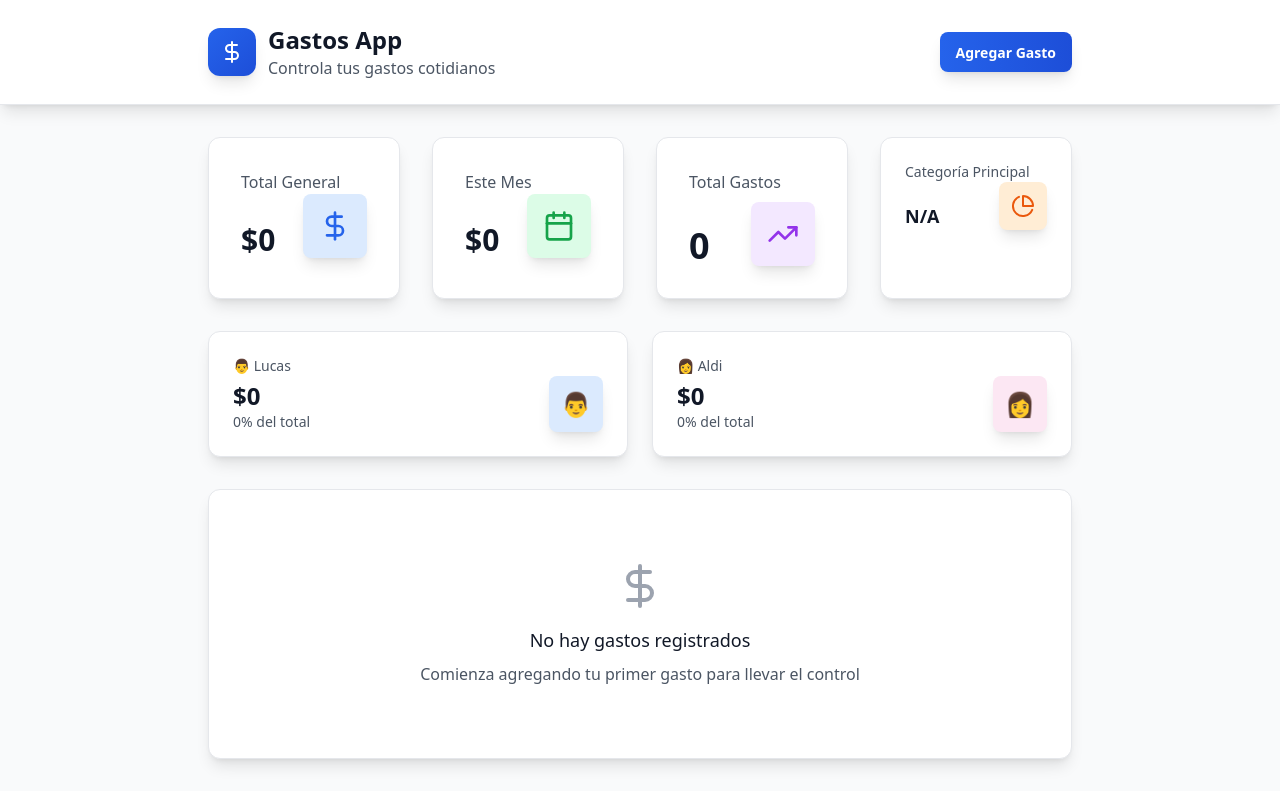
Repository: lucastenaglia/Gastosapp
Page: /
These files come from the project's save history. The page is drawn as it stood at one moment and after the next save; the edit follows.
The browser window is 1280 px wide. The pictures show the whole page.
The page's requests for data from a server got no answer. The project was rebuilt for these pictures with package versions that can differ from the ones it lists, and the page was loaded fresh each time. No one was signed in, and anything a server would have sent is missing. Also part of the build but not shown: vite.config.js, src/components/ExpenseForm.jsx.

Above is the page before, as saved 2025-08-03 21:44:13.

### index.html
<!DOCTYPE html>
<html lang="es">
  <head>
    <meta charset="UTF-8" />
    <link rel="icon" type="image/svg+xml" href="data:[embedded picture, 125 characters]" />
    <meta name="viewport" content="width=device-width, initial-scale=1.0" />
    <title>Gastos App - Control de Gastos Cotidianos</title>
  </head>
  <body>
    <div id="root"></div>
    <script type="module" src="/src/main.jsx"></script>
  </body>
</html>

### src/App.jsx
import { useState, useEffect } from 'react'
import Header from './components/Header'
import ExpenseForm from './components/ExpenseForm'
import ExpenseList from './components/ExpenseList'
import ExpenseSummary from './components/ExpenseSummary'
import { getExpenses, addExpense, updateExpense, deleteExpense } from './services/expenseService'

function App() {
  const [expenses, setExpenses] = useState([])
  const [isFormOpen, setIsFormOpen] = useState(false)
  const [loading, setLoading] = useState(true)
  const [error, setError] = useState(null)

  // Cargar gastos al iniciar la aplicación
  useEffect(() => {
    loadExpenses()
  }, [])

  // Cerrar modal con Escape
  useEffect(() => {
    const handleEscape = (e) => {
      if (e.key === 'Escape' && isFormOpen) {
        setIsFormOpen(false)
      }
    }

    document.addEventListener('keydown', handleEscape)
    return () => document.removeEventListener('keydown', handleEscape)
  }, [isFormOpen])

  const loadExpenses = async () => {
    try {
      setLoading(true)
      const data = await getExpenses()
      setExpenses(data)
      setError(null)
    } catch (err) {
      setError('Error al cargar los gastos')
      console.error(err)
    } finally {
      setLoading(false)
    }
  }

  const handleAddExpense = async (expense) => {
    try {
      const newExpense = await addExpense(expense)
      setExpenses([newExpense, ...expenses])
      setIsFormOpen(false)
    } catch (err) {
      setError('Error al agregar el gasto')
      console.error(err)
    }
  }

  const handleDeleteExpense = async (id) => {
    try {
      await deleteExpense(id)
      setExpenses(expenses.filter(expense => expense.id !== id))
    } catch (err) {
      setError('Error al eliminar el gasto')
      console.error(err)
    }
  }

  const handleEditExpense = async (id, updatedExpense) => {
    try {
      const updated = await updateExpense(id, updatedExpense)
      setExpenses(expenses.map(expense =>
        expense.id === id ? updated : expense
      ))
    } catch (err) {
      setError('Error al actualizar el gasto')
      console.error(err)
    }
  }

  return (
    <div className="min-h-screen bg-gray-50">
      <Header onAddExpense={() => setIsFormOpen(true)} />

      <main className="container mx-auto px-4 py-8 max-w-4xl">
        {error && (
          <div className="bg-red-100 border border-red-400 text-red-700 px-4 py-3 rounded mb-6">
            {error}
          </div>
        )}

        <ExpenseSummary expenses={expenses} />

        <div className="mt-8">
          <ExpenseList
            expenses={expenses}
            onDelete={handleDeleteExpense}
            onEdit={handleEditExpense}
            loading={loading}
          />
        </div>
      </main>

      {/* Modal Overlay */}
      {isFormOpen && (
        <div
          className="fixed inset-0 bg-black bg-opacity-50 flex items-center justify-center z-50 p-4 animate-in fade-in duration-200"
          onClick={() => setIsFormOpen(false)}
        >
          <div
            className="bg-white rounded-xl shadow-2xl max-w-md w-full mx-4 max-h-[90vh] overflow-y-auto animate-in zoom-in-95 duration-200"
            onClick={(e) => e.stopPropagation()}
          >
            <ExpenseForm
              onSubmit={handleAddExpense}
              onCancel={() => setIsFormOpen(false)}
            />
          </div>
        </div>
      )}
    </div>
  )
}

export default App

### src/index.css
@tailwind base;
@tailwind components;
@tailwind utilities;

@layer base {
  body {
    @apply bg-gray-50 text-gray-900;
  }
}

@layer components {
                .btn-primary {
                @apply bg-primary-600 hover:bg-primary-700 text-white font-medium py-2 px-4 rounded-lg transition-all duration-300 shadow-md hover:shadow-lg hover:-translate-y-0.5 transform;
              }

              .btn-secondary {
                @apply bg-gray-200 hover:bg-gray-300 text-gray-800 font-medium py-2 px-4 rounded-lg transition-all duration-300 shadow-md hover:shadow-lg hover:-translate-y-0.5 transform;
              }

                .input-field {
                @apply w-full px-3 py-2 border border-gray-300 rounded-lg focus:outline-none focus:ring-2 focus:ring-primary-500 focus:border-transparent shadow-sm focus:shadow-md transition-all duration-300;
              }

                            .card {
                @apply bg-white rounded-xl shadow-lg border border-gray-200 p-6 transform transition-all duration-300 hover:shadow-2xl hover:-translate-y-1;
              }

              .modal-enter {
                @apply opacity-0 scale-95;
              }

              .modal-enter-active {
                @apply opacity-100 scale-100 transition-all duration-200 ease-out;
              }

              .modal-exit {
                @apply opacity-100 scale-100;
              }

              .modal-exit-active {
                @apply opacity-0 scale-95 transition-all duration-200 ease-in;
              }
}

### src/components/Header.jsx
import { Plus, DollarSign } from 'lucide-react'

const Header = ({ onAddExpense }) => {
  return (
    <header className="bg-white shadow-lg border-b border-gray-200">
      <div className="container mx-auto px-4 py-6 max-w-4xl">
        <div className="flex items-center justify-between">
          <div className="flex items-center space-x-3">
            <div className="bg-gradient-to-br from-primary-600 to-primary-700 p-3 rounded-xl shadow-lg">
              <DollarSign className="h-6 w-6 text-white" />
            </div>
            <div>
              <h1 className="text-2xl font-bold text-gray-900">Gastos App</h1>
              <p className="text-gray-600">Controla tus gastos cotidianos</p>
            </div>
          </div>

          <button
            onClick={onAddExpense}
            className="bg-gradient-to-r from-primary-600 to-primary-700 active:from-primary-800 active:to-primary-900 text-white font-semibold py-2 px-4 rounded-lg shadow-lg hover:shadow-xl active:shadow-md active:translate-y-0.5 transition-all duration-200 border-0 focus:outline-none focus:ring-2 focus:ring-primary-300"
          >
            <span className="text-sm">Agregar Gasto</span>
          </button>
        </div>
      </div>
    </header>
  )
}

export default Header

### src/components/ExpenseList.jsx
import { useState } from 'react'
import { Trash2, Edit, Calendar, DollarSign } from 'lucide-react'

const ExpenseList = ({ expenses, onDelete, onEdit, loading }) => {
  const [editingId, setEditingId] = useState(null)
  const [editForm, setEditForm] = useState({})

  const categoryIcons = {
    comida: '🍽️',
    super: '🛒',
    auto: '🚗',
    entretenimiento: '🎮',
    salud: '💊',
    ropa: '👕',
    hogar: '🏠',
    otros: '📦'
  }

  const categoryColors = {
    comida: 'bg-orange-100 text-orange-800',
    super: 'bg-red-100 text-red-800',
    auto: 'bg-blue-100 text-blue-800',
    entretenimiento: 'bg-purple-100 text-purple-800',
    salud: 'bg-green-100 text-green-800',
    ropa: 'bg-pink-100 text-pink-800',
    hogar: 'bg-yellow-100 text-yellow-800',
    otros: 'bg-gray-100 text-gray-800'
  }

  const handleEdit = (expense) => {
    setEditingId(expense.id)
    setEditForm({
      description: expense.description,
      amount: expense.amount.toString(),
      category: expense.category,
      person: expense.person || 'lucas',
      date: expense.date
    })
  }

  const handleSaveEdit = (id) => {
    onEdit(id, {
      ...editForm,
      amount: parseFloat(editForm.amount)
    })
    setEditingId(null)
    setEditForm({})
  }

  const handleCancelEdit = () => {
    setEditingId(null)
    setEditForm({})
  }

  const formatDate = (dateString) => {
    const date = new Date(dateString)
    return date.toLocaleDateString('es-ES', {
      year: 'numeric',
      month: 'short',
      day: 'numeric'
    })
  }

  if (loading) {
    return (
      <div className="card">
        <div className="text-center py-12">
          <div className="animate-spin rounded-full h-12 w-12 border-b-2 border-primary-600 mx-auto mb-4"></div>
          <h3 className="text-lg font-medium text-gray-900 mb-2">
            Cargando gastos...
          </h3>
          <p className="text-gray-600">
            Conectando con la base de datos
          </p>
        </div>
      </div>
    )
  }

  if (expenses.length === 0) {
    return (
      <div className="card">
        <div className="text-center py-12">
          <DollarSign className="h-12 w-12 text-gray-400 mx-auto mb-4" />
          <h3 className="text-lg font-medium text-gray-900 mb-2">
            No hay gastos registrados
          </h3>
          <p className="text-gray-600">
            Comienza agregando tu primer gasto para llevar el control
          </p>
        </div>
      </div>
    )
  }

  return (
    <div className="card">
      <h2 className="text-xl font-semibold text-gray-900 mb-6">
        Historial de Gastos
      </h2>

      <div className="space-y-3">
        {expenses.map(expense => (
          <div key={expense.id} className="border border-gray-200 rounded-lg p-3 sm:p-4 bg-white shadow-md hover:shadow-xl hover:-translate-y-1 transform transition-all duration-300">
            {editingId === expense.id ? (
              <div className="space-y-3">
                <input
                  type="text"
                  value={editForm.description}
                  onChange={(e) => setEditForm({...editForm, description: e.target.value})}
                  className="input-field"
                />
                <div className="grid grid-cols-1 sm:grid-cols-2 gap-3">
                  <input
                    type="number"
                    value={editForm.amount}
                    onChange={(e) => setEditForm({...editForm, amount: e.target.value})}
                    className="input-field"
                    step="1"
                    min="0"
                  />
                  <select
                    value={editForm.category}
                    onChange={(e) => setEditForm({...editForm, category: e.target.value})}
                    className="input-field"
                  >
                    <option value="comida">🍽️ Comida</option>
                    <option value="super">🛒 Super</option>
                    <option value="auto">🚗 Auto</option>
                    <option value="entretenimiento">🎮 Entretenimiento</option>
                    <option value="salud">💊 Salud</option>
                    <option value="ropa">👕 Ropa</option>
                    <option value="hogar">🏠 Hogar</option>
                    <option value="otros">📦 Otros</option>
                  </select>
                </div>
                <div className="grid grid-cols-1 sm:grid-cols-2 gap-3">
                  <select
                    value={editForm.person}
                    onChange={(e) => setEditForm({...editForm, person: e.target.value})}
                    className="input-field"
                  >
                    <option value="lucas">👨 Lucas</option>
                    <option value="aldi">👩 Aldi</option>
                  </select>
                  <input
                    type="date"
                    value={editForm.date}
                    onChange={(e) => setEditForm({...editForm, date: e.target.value})}
                    className="input-field"
                  />
                </div>
                <div className="flex space-x-2">
                  <button
                    onClick={() => handleSaveEdit(expense.id)}
                    className="btn-primary text-sm flex-1"
                  >
                    Guardar
                  </button>
                  <button
                    onClick={handleCancelEdit}
                    className="btn-secondary text-sm flex-1"
                  >
                    Cancelar
                  </button>
                </div>
              </div>
            ) : (
              <div className="space-y-3">
                {/* Header con icono, descripción y monto */}
                <div className="flex items-start justify-between">
                  <div className="flex items-center space-x-3 flex-1 min-w-0">
                    <div className={`p-2 rounded-lg flex-shrink-0 ${categoryColors[expense.category]}`}>
                      <span className="text-lg">{categoryIcons[expense.category]}</span>
                    </div>

                    <div className="flex-1 min-w-0">
                      <h3 className="font-medium text-gray-900 truncate">
                        {expense.description}
                      </h3>
                      <div className="flex items-center space-x-2 text-sm text-gray-600 mt-1">
                        <span className="flex items-center space-x-1">
                          <Calendar className="h-3 w-3" />
                          <span className="hidden sm:inline">{formatDate(expense.date)}</span>
                          <span className="sm:hidden">{new Date(expense.date).toLocaleDateString('es-ES', { day: '2-digit', month: '2-digit' })}</span>
                        </span>
                        <span className="hidden sm:inline">•</span>
                        <span className="capitalize text-xs sm:text-sm">{expense.category}</span>
                      </div>
                    </div>
                  </div>

                  <div className="flex items-center space-x-2 flex-shrink-0">
                    <span className="text-lg font-semibold text-gray-900">
                      ${expense.amount}
                    </span>

                    <div className="flex space-x-1">
                      <button
                        onClick={() => handleEdit(expense)}
                        className="p-1 text-gray-400 hover:text-blue-600 transition-colors"
                        title="Editar"
                      >
                        <Edit className="h-4 w-4" />
                      </button>
                      <button
                        onClick={() => onDelete(expense.id)}
                        className="p-1 text-gray-400 hover:text-red-600 transition-colors"
                        title="Eliminar"
                      >
                        <Trash2 className="h-4 w-4" />
                      </button>
                    </div>
                  </div>
                </div>

                {/* Información adicional en móvil */}
                <div className="sm:hidden flex items-center justify-between text-sm text-gray-600 border-t pt-2">
                  <span className="flex items-center space-x-1">
                    <span>{expense.person === 'lucas' ? '👨' : '👩'}</span>
                    <span className="capitalize">{expense.person || 'lucas'}</span>
                  </span>
                  <span className="text-xs">
                    {new Date(expense.date).toLocaleDateString('es-ES', { year: 'numeric' })}
                  </span>
                </div>
              </div>
            )}
          </div>
        ))}
      </div>
    </div>
  )
}

export default ExpenseList

### src/components/ExpenseSummary.jsx
import { TrendingUp, Calendar, DollarSign, PieChart } from 'lucide-react'

const ExpenseSummary = ({ expenses }) => {
  const totalExpenses = expenses.reduce((sum, expense) => sum + expense.amount, 0)

  const today = new Date()
  const thisMonth = today.getMonth()
  const thisYear = today.getFullYear()

  const monthlyExpenses = expenses.filter(expense => {
    const expenseDate = new Date(expense.date)
    return expenseDate.getMonth() === thisMonth && expenseDate.getFullYear() === thisYear
  })

  const monthlyTotal = monthlyExpenses.reduce((sum, expense) => sum + expense.amount, 0)

  const categoryTotals = expenses.reduce((acc, expense) => {
    acc[expense.category] = (acc[expense.category] || 0) + expense.amount
    return acc
  }, {})

  const topCategory = Object.entries(categoryTotals).sort(([,a], [,b]) => b - a)[0]

  // Estadísticas por persona
  const personTotals = expenses.reduce((acc, expense) => {
    const person = expense.person || 'lucas'
    acc[person] = (acc[person] || 0) + expense.amount
    return acc
  }, {})

  const lucasTotal = personTotals.lucas || 0
  const aldiTotal = personTotals.aldi || 0

  const formatCurrency = (amount) => {
    return `$${Math.round(amount).toLocaleString('en-US')}`
  }

  return (
    <div className="space-y-4 sm:space-y-8">
      {/* Primera fila - Estadísticas generales */}
      <div className="grid grid-cols-2 lg:grid-cols-4 gap-3 sm:gap-6 lg:gap-8">
                 {/* Total General */}
         <div className="card relative p-4 sm:p-6 lg:p-8">
           <div>
             <p className="text-xs sm:text-sm lg:text-base font-medium text-gray-600">Total General</p>
             <div className="flex items-end justify-between">
               <p className="text-lg sm:text-2xl lg:text-3xl font-bold text-gray-900">
                 {formatCurrency(totalExpenses)}
               </p>
               <div className="bg-blue-100 p-2 sm:p-3 lg:p-4 rounded-lg shadow-lg">
                 <DollarSign className="h-4 w-4 sm:h-6 sm:w-6 lg:h-8 lg:w-8 text-blue-600" />
               </div>
             </div>
           </div>
         </div>

                 {/* Gastos del Mes */}
         <div className="card relative p-4 sm:p-6 lg:p-8">
           <div>
             <p className="text-xs sm:text-sm lg:text-base font-medium text-gray-600">Este Mes</p>
             <div className="flex items-end justify-between">
               <p className="text-lg sm:text-2xl lg:text-3xl font-bold text-gray-900">
                 {formatCurrency(monthlyTotal)}
               </p>
               <div className="bg-green-100 p-2 sm:p-3 lg:p-4 rounded-lg shadow-lg">
                 <Calendar className="h-4 w-4 sm:h-6 sm:w-6 lg:h-8 lg:w-8 text-green-600" />
               </div>
             </div>
           </div>
         </div>

                 {/* Total de Gastos */}
         <div className="card relative p-4 sm:p-6 lg:p-8">
           <div>
             <p className="text-xs sm:text-sm lg:text-base font-medium text-gray-600">Total Gastos</p>
             <div className="flex items-end justify-between mt-2">
               <p className="text-2xl sm:text-3xl lg:text-4xl font-bold text-gray-900">
                 {expenses.length}
               </p>
               <div className="bg-purple-100 p-2 sm:p-3 lg:p-4 rounded-lg shadow-lg self-end">
                 <TrendingUp className="h-4 w-4 sm:h-6 sm:w-6 lg:h-8 lg:w-8 text-purple-600" />
               </div>
             </div>
           </div>
         </div>

                 {/* Categoría Principal */}
         <div className="card relative p-4 sm:p-6">
           <div>
             <p className="text-xs sm:text-sm font-medium text-gray-600">Categoría Principal</p>
             <div className="flex items-end justify-between">
               <div>
                 <p className="text-base sm:text-lg font-semibold text-gray-900 capitalize">
                   {topCategory ? topCategory[0] : 'N/A'}
                 </p>
                 {topCategory && (
                   <p className="text-xs sm:text-sm text-gray-600">
                     {formatCurrency(topCategory[1])}
                   </p>
                 )}
               </div>
               <div className="bg-orange-100 p-2 sm:p-3 rounded-lg shadow-lg">
                 <PieChart className="h-4 w-4 sm:h-6 sm:w-6 text-orange-600" />
               </div>
             </div>
           </div>
         </div>
      </div>

      {/* Segunda fila - Estadísticas por persona */}
      <div className="grid grid-cols-1 sm:grid-cols-2 gap-3 sm:gap-6">
                 {/* Gastos de Lucas */}
         <div className="card relative p-4 sm:p-6">
           <div>
             <p className="text-xs sm:text-sm font-medium text-gray-600">👨 Lucas</p>
             <div className="flex items-end justify-between">
               <div>
                 <p className="text-lg sm:text-2xl font-bold text-gray-900">
                   {formatCurrency(lucasTotal)}
                 </p>
                 <p className="text-xs sm:text-sm text-gray-600">
                   {totalExpenses > 0 ? `${((lucasTotal / totalExpenses) * 100).toFixed(1)}%` : '0%'} del total
                 </p>
               </div>
               <div className="bg-blue-100 p-2 sm:p-3 rounded-lg shadow-lg">
                 <span className="text-lg sm:text-2xl">👨</span>
               </div>
             </div>
           </div>
         </div>

                 {/* Gastos de Aldi */}
         <div className="card relative p-4 sm:p-6">
           <div>
             <p className="text-xs sm:text-sm font-medium text-gray-600">👩 Aldi</p>
             <div className="flex items-end justify-between">
               <div>
                 <p className="text-lg sm:text-2xl font-bold text-gray-900">
                   {formatCurrency(aldiTotal)}
                 </p>
                 <p className="text-xs sm:text-sm text-gray-600">
                   {totalExpenses > 0 ? `${((aldiTotal / totalExpenses) * 100).toFixed(1)}%` : '0%'} del total
                 </p>
               </div>
               <div className="bg-pink-100 p-2 sm:p-3 rounded-lg shadow-lg">
                 <span className="text-lg sm:text-2xl">👩</span>
               </div>
             </div>
           </div>
         </div>
      </div>
    </div>
  )
}

export default ExpenseSummary

### src/lib/supabase.js
import { createClient } from '@supabase/supabase-js'

// Configuración de Supabase
const supabaseUrl = 'https://tiarifmkqcayodakifqu.supabase.co'
const supabaseAnonKey = 'eyJhbGciOiJIUzI1NiIsInR5cCI6IkpXVCJ9.eyJpc3MiOiJzdXBhYmFzZSIsInJlZiI6InRpYXJpZm1rcWNheW9kYWtpZnF1Iiwicm9sZSI6ImFub24iLCJpYXQiOjE3NTQyMzYxMzcsImV4cCI6MjA2OTgxMjEzN30.qJr6Xvo0UF5_XPq4UWidASjwgjcWPFJ8CqR6mAHSsTU'

export const supabase = createClient(supabaseUrl, supabaseAnonKey)

### tailwind.config.js
/** @type {import('tailwindcss').Config} */
export default {
  content: [
    "./index.html",
    "./src/**/*.{js,ts,jsx,tsx}",
  ],
  theme: {
    extend: {
      colors: {
        primary: {
          50: '#eff6ff',
          500: '#3b82f6',
          600: '#2563eb',
          700: '#1d4ed8',
        }
      }
    },
  },
  plugins: [],
}

Loaded but not shown: src/main.jsx (common file); src/services/expenseService.js (78 lines, source omitted)

After the next save:
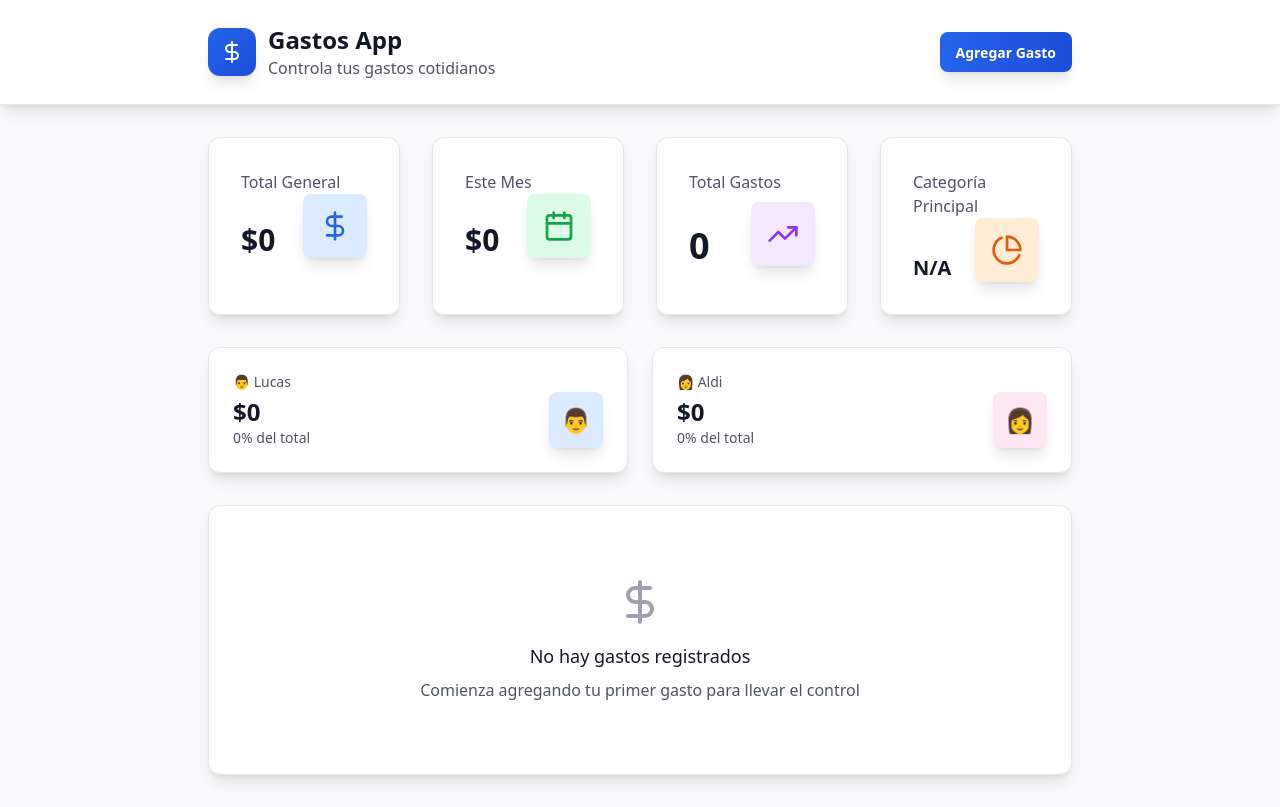
Saved 13 s later.
--- a/src/components/ExpenseSummary.jsx
+++ b/src/components/ExpenseSummary.jsx
@@ -85,22 +85,22 @@ const ExpenseSummary = ({ expenses }) => {
          </div>
 
                  {/* Categoría Principal */}
-         <div className="card relative p-4 sm:p-6">
+         <div className="card relative p-4 sm:p-6 lg:p-8">
            <div>
-             <p className="text-xs sm:text-sm font-medium text-gray-600">Categoría Principal</p>
+             <p className="text-xs sm:text-sm lg:text-base font-medium text-gray-600">Categoría Principal</p>
              <div className="flex items-end justify-between">
                <div>
-                 <p className="text-base sm:text-lg font-semibold text-gray-900 capitalize">
+                 <p className="text-base sm:text-lg lg:text-xl font-semibold text-gray-900 capitalize">
                    {topCategory ? topCategory[0] : 'N/A'}
                  </p>
                  {topCategory && (
-                   <p className="text-xs sm:text-sm text-gray-600">
+                   <p className="text-xs sm:text-sm lg:text-base text-gray-600">
                      {formatCurrency(topCategory[1])}
                    </p>
                  )}
                </div>
-               <div className="bg-orange-100 p-2 sm:p-3 rounded-lg shadow-lg">
-                 <PieChart className="h-4 w-4 sm:h-6 sm:w-6 text-orange-600" />
+               <div className="bg-orange-100 p-2 sm:p-3 lg:p-4 rounded-lg shadow-lg">
+                 <PieChart className="h-4 w-4 sm:h-6 sm:w-6 lg:h-8 lg:w-8 text-orange-600" />
                </div>
              </div>
            </div>
